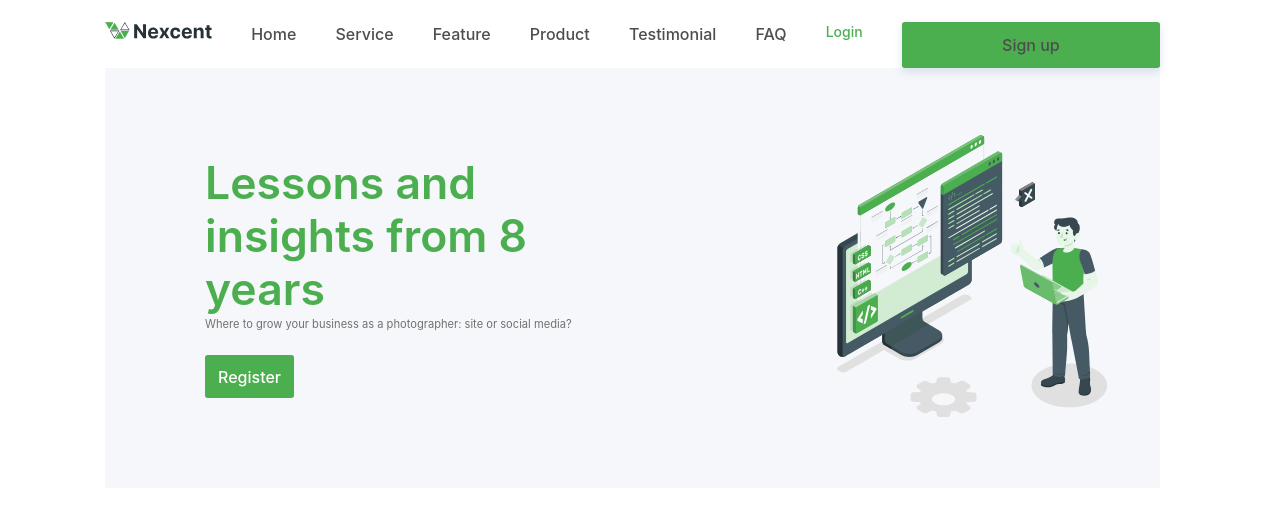
Repository: kubrazamanova/Folder4
Page: homePage/index.html
The author's editor kept a copy of each file at every save. The page is drawn from the files as they stood at one save, then again after the next save.
The browser window is 1280 px wide. The pictures show the whole page.

Above is the page before, as saved 2023-11-11 11:28:05.

### homePage/index.html
<!DOCTYPE html>
<html lang="en">
  <head>
    <meta charset="UTF-8" />
    <meta name="viewport" content="width=device-width, initial-scale=1.0" />
    <link rel="stylesheet" href="index.css" />
    <title>Document</title>
  </head>
  <body>

    <div class="container">
      <!-- <div class="logo">
    <div class="box1">
        <svg xmlns="http://www.w3.org/2000/svg" width="25" height="17" viewBox="0 0 25 17" fill="none">
            <path d="M13.3106 9.17145L9.55812 15.5982L5.80569 9.17145H13.3106ZM14.3159 8.59705H4.79636L9.55812 16.7349L14.3159 8.59705Z" fill="#263238"/>
            <path d="M19.8347 1.17808L23.5871 7.60481H16.0822L19.8347 1.17808ZM19.8347 0.0292969L15.0729 8.16715H24.5965L19.8347 0.0292969Z" fill="#263238"/>
            <path d="M0.234009 0.0292969L4.2266 7.22725L8.58952 0.210039L0.234009 0.0292969Z" fill="#4CAF4F"/>
            <path d="M9.55825 0.659912L13.7462 7.8177H5.36218L9.55825 0.659912Z" fill="#4CAF4F"/>
            <path d="M14.8247 9.38037L19.0167 16.735H10.4332L14.6944 9.38037H14.8247Z" fill="#4CAF4F"/>
            <path d="M15.7322 8.93445L19.8347 16.1766L23.9941 8.93445H15.7322Z" fill="#4CAF4F"/>
          </svg>
          <svg xmlns="http://www.w3.org/2000/svg" width="78" height="15" viewBox="0 0 78 15" fill="none">
            <path d="M12.0209 0.19104V14.3655H9.43242L3.26568 5.44419H3.16186V14.3655H0.165009V0.19104H2.79504L8.91334 9.10548H9.03792V0.19104H12.0209Z" fill="#263238"/>
            <path d="M19.2864 14.5732C18.1929 14.5732 17.2516 14.3517 16.4626 13.9087C15.6782 13.4612 15.0737 12.8291 14.6492 12.0124C14.2247 11.191 14.0125 10.2198 14.0125 9.09855C14.0125 8.00501 14.2247 7.04528 14.6492 6.21936C15.0737 5.39343 15.6713 4.74977 16.4418 4.28836C17.217 3.82695 18.126 3.59624 19.1687 3.59624C19.8701 3.59624 20.523 3.70929 21.1274 3.93538C21.7365 4.15686 22.2671 4.49138 22.7193 4.93895C23.1761 5.38651 23.5314 5.94943 23.7851 6.62771C24.0389 7.30136 24.1658 8.09037 24.1658 8.99474V9.80451H15.1891V7.97733H21.3904C21.3904 7.55283 21.2982 7.17678 21.1136 6.84918C20.929 6.52158 20.6729 6.2655 20.3453 6.08094C20.0224 5.89176 19.6463 5.79717 19.2172 5.79717C18.7696 5.79717 18.3728 5.90098 18.0268 6.10862C17.6853 6.31164 17.4177 6.58618 17.2239 6.93224C17.0301 7.27368 16.9309 7.65434 16.9263 8.07422V9.81143C16.9263 10.3374 17.0232 10.7919 17.217 11.1749C17.4154 11.5579 17.6945 11.8532 18.0544 12.0608C18.4143 12.2684 18.8411 12.3723 19.3349 12.3723C19.6625 12.3723 19.9624 12.3261 20.2346 12.2338C20.5068 12.1416 20.7398 12.0031 20.9336 11.8186C21.1274 11.634 21.2751 11.4079 21.3766 11.1403L24.1035 11.3202C23.9651 11.9754 23.6813 12.5476 23.2522 13.0367C22.8277 13.5212 22.2786 13.8995 21.605 14.1718C20.9359 14.4394 20.1631 14.5732 19.2864 14.5732Z" fill="#263238"/>
            <path d="M28.3635 3.73467L30.3152 7.45132L32.3155 3.73467H35.34L32.2601 9.05011L35.4231 14.3655H32.4124L30.3152 10.6904L28.2527 14.3655H25.2074L28.3635 9.05011L25.3182 3.73467H28.3635Z" fill="#263238"/>
            <path d="M41.5137 14.5732C40.4247 14.5732 39.4881 14.3425 38.7037 13.8811C37.9239 13.415 37.3241 12.7691 36.9042 11.9431C36.4889 11.1172 36.2813 10.1667 36.2813 9.09163C36.2813 8.00271 36.4912 7.04759 36.9111 6.22628C37.3356 5.40036 37.9377 4.75669 38.7175 4.29528C39.4973 3.82926 40.4247 3.59624 41.4998 3.59624C42.4273 3.59624 43.2393 3.76466 43.9361 4.10149C44.6328 4.43832 45.1842 4.91126 45.5902 5.52032C45.9963 6.12938 46.22 6.84457 46.2616 7.66588H43.4793C43.4008 7.13526 43.1932 6.70845 42.8564 6.38547C42.5241 6.05786 42.0881 5.89406 41.5483 5.89406C41.0915 5.89406 40.6924 6.01864 40.3509 6.26781C40.0141 6.51235 39.7511 6.86995 39.5619 7.34058C39.3727 7.81122 39.2781 8.38106 39.2781 9.05011C39.2781 9.72838 39.3704 10.3051 39.555 10.7804C39.7442 11.2556 40.0095 11.6179 40.3509 11.867C40.6924 12.1162 41.0915 12.2408 41.5483 12.2408C41.8851 12.2408 42.1873 12.1715 42.4549 12.0331C42.7272 11.8947 42.951 11.694 43.1263 11.431C43.3062 11.1634 43.4239 10.8427 43.4793 10.4689H46.2616C46.2154 11.281 45.9939 11.9962 45.5971 12.6145C45.2049 13.2282 44.6628 13.708 43.9707 14.0541C43.2786 14.4002 42.4596 14.5732 41.5137 14.5732Z" fill="#263238"/>
            <path d="M52.9941 14.5732C51.9006 14.5732 50.9593 14.3517 50.1703 13.9087C49.3859 13.4612 48.7814 12.8291 48.3569 12.0124C47.9324 11.191 47.7202 10.2198 47.7202 9.09855C47.7202 8.00501 47.9324 7.04528 48.3569 6.21936C48.7814 5.39343 49.379 4.74977 50.1495 4.28836C50.9247 3.82695 51.8337 3.59624 52.8764 3.59624C53.5778 3.59624 54.2307 3.70929 54.8351 3.93538C55.4442 4.15686 55.9748 4.49138 56.427 4.93895C56.8838 5.38651 57.2391 5.94943 57.4929 6.62771C57.7466 7.30136 57.8735 8.09037 57.8735 8.99474V9.80451H48.8968V7.97733H55.0981C55.0981 7.55283 55.0059 7.17678 54.8213 6.84918C54.6367 6.52158 54.3806 6.2655 54.053 6.08094C53.7301 5.89176 53.354 5.79717 52.9249 5.79717C52.4773 5.79717 52.0805 5.90098 51.7345 6.10862C51.393 6.31164 51.1254 6.58618 50.9316 6.93224C50.7378 7.27368 50.6386 7.65434 50.634 8.07422V9.81143C50.634 10.3374 50.7309 10.7919 50.9247 11.1749C51.1231 11.5579 51.4022 11.8532 51.7621 12.0608C52.122 12.2684 52.5488 12.3723 53.0426 12.3723C53.3702 12.3723 53.6701 12.3261 53.9423 12.2338C54.2145 12.1416 54.4475 12.0031 54.6413 11.8186C54.8351 11.634 54.9828 11.4079 55.0843 11.1403L57.8112 11.3202C57.6728 11.9754 57.389 12.5476 56.9599 13.0367C56.5354 13.5212 55.9864 13.8995 55.3127 14.1718C54.6437 14.4394 53.8708 14.5732 52.9941 14.5732Z" fill="#263238"/>
            <path d="M62.746 8.21957V14.3655H59.7976V3.73467H62.6076V5.6103H62.7322C62.9675 4.99201 63.362 4.50291 63.9157 4.14301C64.4694 3.7785 65.1407 3.59624 65.9297 3.59624C66.668 3.59624 67.3117 3.75774 67.8607 4.08072C68.4098 4.40371 68.8366 4.86512 69.1411 5.46495C69.4457 6.06017 69.5979 6.77074 69.5979 7.59667V14.3655H66.6495V8.12267C66.6541 7.47209 66.488 6.96453 66.1512 6.60002C65.8144 6.23089 65.3507 6.04633 64.7601 6.04633C64.3632 6.04633 64.0126 6.13169 63.708 6.30241C63.4081 6.47313 63.1728 6.72229 63.0021 7.0499C62.836 7.37288 62.7506 7.76277 62.746 8.21957Z" fill="#263238"/>
            <path d="M77.5763 3.73467V5.94943H71.1742V3.73467H77.5763ZM72.6277 1.18769H75.5761V11.0988C75.5761 11.371 75.6176 11.5832 75.7007 11.7355C75.7837 11.8832 75.8991 11.987 76.0467 12.047C76.199 12.1069 76.3743 12.1369 76.5727 12.1369C76.7111 12.1369 76.8496 12.1254 76.988 12.1023C77.1264 12.0746 77.2325 12.0539 77.3064 12.04L77.7701 14.234C77.6224 14.2802 77.4148 14.3332 77.1472 14.3932C76.8796 14.4578 76.5543 14.497 76.1713 14.5109C75.4607 14.5386 74.8378 14.444 74.3026 14.2271C73.772 14.0103 73.359 13.6734 73.0637 13.2166C72.7684 12.7598 72.6231 12.1831 72.6277 11.4863V1.18769Z" fill="#263238"/>
          </svg>
    </div>
    <a href="#">Register Now</a>
</div>
    <nav>
        <ul>
<li>
    <p>Home</p>
</li>

<li>
    <p>Features</p>
</li>
<li>
    <p>Community</p>
</li>

<li>
    <p>Blog</p>
</li>

<li>
   <p>Pricing</p>
</li>

</ul>
      </nav>





    </div>

</body>
</html>  -->

      <nav>
        <ul>
          <li>
            <div class="box1">
              <svg
                xmlns="http://www.w3.org/2000/svg"
                width="25"
                height="17"
                viewBox="0 0 25 17"
                fill="none"
              >
                <path
                  d="M13.3106 9.17145L9.55812 15.5982L5.80569 9.17145H13.3106ZM14.3159 8.59705H4.79636L9.55812 16.7349L14.3159 8.59705Z"
                  fill="#263238"
                />
                <path
                  d="M19.8347 1.17808L23.5871 7.60481H16.0822L19.8347 1.17808ZM19.8347 0.0292969L15.0729 8.16715H24.5965L19.8347 0.0292969Z"
                  fill="#263238"
                />
                <path
                  d="M0.234009 0.0292969L4.2266 7.22725L8.58952 0.210039L0.234009 0.0292969Z"
                  fill="#4CAF4F"
                />
                <path
                  d="M9.55825 0.659912L13.7462 7.8177H5.36218L9.55825 0.659912Z"
                  fill="#4CAF4F"
                />
                <path
                  d="M14.8247 9.38037L19.0167 16.735H10.4332L14.6944 9.38037H14.8247Z"
                  fill="#4CAF4F"
                />
                <path
                  d="M15.7322 8.93445L19.8347 16.1766L23.9941 8.93445H15.7322Z"
                  fill="#4CAF4F"
                />
              </svg>
              <svg
                xmlns="http://www.w3.org/2000/svg"
                width="78"
                height="15"
                viewBox="0 0 78 15"
                fill="none"
              >
                <path
                  d="M12.0209 0.19104V14.3655H9.43242L3.26568 5.44419H3.16186V14.3655H0.165009V0.19104H2.79504L8.91334 9.10548H9.03792V0.19104H12.0209Z"
                  fill="#263238"
                />
                <path
                  d="M19.2864 14.5732C18.1929 14.5732 17.2516 14.3517 16.4626 13.9087C15.6782 13.4612 15.0737 12.8291 14.6492 12.0124C14.2247 11.191 14.0125 10.2198 14.0125 9.09855C14.0125 8.00501 14.2247 7.04528 14.6492 6.21936C15.0737 5.39343 15.6713 4.74977 16.4418 4.28836C17.217 3.82695 18.126 3.59624 19.1687 3.59624C19.8701 3.59624 20.523 3.70929 21.1274 3.93538C21.7365 4.15686 22.2671 4.49138 22.7193 4.93895C23.1761 5.38651 23.5314 5.94943 23.7851 6.62771C24.0389 7.30136 24.1658 8.09037 24.1658 8.99474V9.80451H15.1891V7.97733H21.3904C21.3904 7.55283 21.2982 7.17678 21.1136 6.84918C20.929 6.52158 20.6729 6.2655 20.3453 6.08094C20.0224 5.89176 19.6463 5.79717 19.2172 5.79717C18.7696 5.79717 18.3728 5.90098 18.0268 6.10862C17.6853 6.31164 17.4177 6.58618 17.2239 6.93224C17.0301 7.27368 16.9309 7.65434 16.9263 8.07422V9.81143C16.9263 10.3374 17.0232 10.7919 17.217 11.1749C17.4154 11.5579 17.6945 11.8532 18.0544 12.0608C18.4143 12.2684 18.8411 12.3723 19.3349 12.3723C19.6625 12.3723 19.9624 12.3261 20.2346 12.2338C20.5068 12.1416 20.7398 12.0031 20.9336 11.8186C21.1274 11.634 21.2751 11.4079 21.3766 11.1403L24.1035 11.3202C23.9651 11.9754 23.6813 12.5476 23.2522 13.0367C22.8277 13.5212 22.2786 13.8995 21.605 14.1718C20.9359 14.4394 20.1631 14.5732 19.2864 14.5732Z"
                  fill="#263238"
                />
                <path
                  d="M28.3635 3.73467L30.3152 7.45132L32.3155 3.73467H35.34L32.2601 9.05011L35.4231 14.3655H32.4124L30.3152 10.6904L28.2527 14.3655H25.2074L28.3635 9.05011L25.3182 3.73467H28.3635Z"
                  fill="#263238"
                />
                <path
                  d="M41.5137 14.5732C40.4247 14.5732 39.4881 14.3425 38.7037 13.8811C37.9239 13.415 37.3241 12.7691 36.9042 11.9431C36.4889 11.1172 36.2813 10.1667 36.2813 9.09163C36.2813 8.00271 36.4912 7.04759 36.9111 6.22628C37.3356 5.40036 37.9377 4.75669 38.7175 4.29528C39.4973 3.82926 40.4247 3.59624 41.4998 3.59624C42.4273 3.59624 43.2393 3.76466 43.9361 4.10149C44.6328 4.43832 45.1842 4.91126 45.5902 5.52032C45.9963 6.12938 46.22 6.84457 46.2616 7.66588H43.4793C43.4008 7.13526 43.1932 6.70845 42.8564 6.38547C42.5241 6.05786 42.0881 5.89406 41.5483 5.89406C41.0915 5.89406 40.6924 6.01864 40.3509 6.26781C40.0141 6.51235 39.7511 6.86995 39.5619 7.34058C39.3727 7.81122 39.2781 8.38106 39.2781 9.05011C39.2781 9.72838 39.3704 10.3051 39.555 10.7804C39.7442 11.2556 40.0095 11.6179 40.3509 11.867C40.6924 12.1162 41.0915 12.2408 41.5483 12.2408C41.8851 12.2408 42.1873 12.1715 42.4549 12.0331C42.7272 11.8947 42.951 11.694 43.1263 11.431C43.3062 11.1634 43.4239 10.8427 43.4793 10.4689H46.2616C46.2154 11.281 45.9939 11.9962 45.5971 12.6145C45.2049 13.2282 44.6628 13.708 43.9707 14.0541C43.2786 14.4002 42.4596 14.5732 41.5137 14.5732Z"
                  fill="#263238"
                />
                <path
                  d="M52.9941 14.5732C51.9006 14.5732 50.9593 14.3517 50.1703 13.9087C49.3859 13.4612 48.7814 12.8291 48.3569 12.0124C47.9324 11.191 47.7202 10.2198 47.7202 9.09855C47.7202 8.00501 47.9324 7.04528 48.3569 6.21936C48.7814 5.39343 49.379 4.74977 50.1495 4.28836C50.9247 3.82695 51.8337 3.59624 52.8764 3.59624C53.5778 3.59624 54.2307 3.70929 54.8351 3.93538C55.4442 4.15686 55.9748 4.49138 56.427 4.93895C56.8838 5.38651 57.2391 5.94943 57.4929 6.62771C57.7466 7.30136 57.8735 8.09037 57.8735 8.99474V9.80451H48.8968V7.97733H55.0981C55.0981 7.55283 55.0059 7.17678 54.8213 6.84918C54.6367 6.52158 54.3806 6.2655 54.053 6.08094C53.7301 5.89176 53.354 5.79717 52.9249 5.79717C52.4773 5.79717 52.0805 5.90098 51.7345 6.10862C51.393 6.31164 51.1254 6.58618 50.9316 6.93224C50.7378 7.27368 50.6386 7.65434 50.634 8.07422V9.81143C50.634 10.3374 50.7309 10.7919 50.9247 11.1749C51.1231 11.5579 51.4022 11.8532 51.7621 12.0608C52.122 12.2684 52.5488 12.3723 53.0426 12.3723C53.3702 12.3723 53.6701 12.3261 53.9423 12.2338C54.2145 12.1416 54.4475 12.0031 54.6413 11.8186C54.8351 11.634 54.9828 11.4079 55.0843 11.1403L57.8112 11.3202C57.6728 11.9754 57.389 12.5476 56.9599 13.0367C56.5354 13.5212 55.9864 13.8995 55.3127 14.1718C54.6437 14.4394 53.8708 14.5732 52.9941 14.5732Z"
                  fill="#263238"
                />
                <path
                  d="M62.746 8.21957V14.3655H59.7976V3.73467H62.6076V5.6103H62.7322C62.9675 4.99201 63.362 4.50291 63.9157 4.14301C64.4694 3.7785 65.1407 3.59624 65.9297 3.59624C66.668 3.59624 67.3117 3.75774 67.8607 4.08072C68.4098 4.40371 68.8366 4.86512 69.1411 5.46495C69.4457 6.06017 69.5979 6.77074 69.5979 7.59667V14.3655H66.6495V8.12267C66.6541 7.47209 66.488 6.96453 66.1512 6.60002C65.8144 6.23089 65.3507 6.04633 64.7601 6.04633C64.3632 6.04633 64.0126 6.13169 63.708 6.30241C63.4081 6.47313 63.1728 6.72229 63.0021 7.0499C62.836 7.37288 62.7506 7.76277 62.746 8.21957Z"
                  fill="#263238"
                />
                <path
                  d="M77.5763 3.73467V5.94943H71.1742V3.73467H77.5763ZM72.6277 1.18769H75.5761V11.0988C75.5761 11.371 75.6176 11.5832 75.7007 11.7355C75.7837 11.8832 75.8991 11.987 76.0467 12.047C76.199 12.1069 76.3743 12.1369 76.5727 12.1369C76.7111 12.1369 76.8496 12.1254 76.988 12.1023C77.1264 12.0746 77.2325 12.0539 77.3064 12.04L77.7701 14.234C77.6224 14.2802 77.4148 14.3332 77.1472 14.3932C76.8796 14.4578 76.5543 14.497 76.1713 14.5109C75.4607 14.5386 74.8378 14.444 74.3026 14.2271C73.772 14.0103 73.359 13.6734 73.0637 13.2166C72.7684 12.7598 72.6231 12.1831 72.6277 11.4863V1.18769Z"
                  fill="#263238"
                />
              </svg>
            </div>
          </li>
          <li>
            <a href="#">Home</a>
          </li>

          <li>
            <a href="#">Service</a>
          </li>
          <li>
            <a href="#">Feature</a>
          </li>

          <li>
            <a href="#">Product</a>
          </li>

          <li>
            <a href="#">Testimonial</a>
          </li>

          <li>
            <a href="#">FAQ</a>
          </li>

          <li>
            <a href="#">Login</a>
          </li>

          <li>
            <a href="#">Sign up</a>
          </li>
        </ul>
      </nav>

      <div class="box2">
        <div class="left-side">
          <h1>Lessons and insights from 8 years</h1>
          <h2>
            Where to grow your business as a photographer: site or social media?
          </h2>
          <a href="#">Register</a>
        </div>

        <div class="right-side">
          <img src="../images/Illustration.svg" alt="" />
        </div>
      </div>
    </div>
  </body>
</html>

### homePage/index.css
* {
  margin: 0;
  padding: 0;
  box-sizing: border-box;
}

.container {
  min-height: 100vh;
  padding: 22px 120px 96px 105px;
}

.container nav ul {
  display: flex;
  justify-content: space-between;
}

.container nav ul li {
  list-style-type: none;
}

.container nav ul li a {
  color: var(--neutral-d-grey, #4d4d4d);
  text-align: center;
  font-family: Inter;
  font-size: 16px;
  font-style: normal;
  font-weight: 500;
  line-height: 24px;
  text-decoration: none;
}

.container nav ul li:last-child {
  text-decoration: none;
  color: var(--neutral-white, #fff);
  text-align: center;
  font-family: Inter;
  font-size: 16px;
  font-style: normal;
  font-weight: 500;
  line-height: 24px;
  display: flex;
  /* width: 133px; */
  padding: 11.137px 100.234px;
  justify-content: center;
  align-items: center;
  gap: 43.852px;
  background: var(--neutral-white, #fff);
  box-shadow: 0px 4px 8px 0px rgba(171, 190, 209, 0.4);
  border-radius: 2.784px;
  background: var(--brand-primary, #4caf4f);
}

.container nav ul li:nth-child(8) a {
  color: var(--brand-primary, #4caf4f);
  text-align: center;
  font-feature-settings: "salt" on, "clig" off, "liga" off;
  font-family: Inter;
  font-size: 14px;
  font-style: normal;
  font-weight: 500;
  line-height: 20px;
}

.container .box2 {
  display: flex;
  justify-content: space-between;
  align-items: center;
  padding: 66px 52px 66px 100px;
  background: var(--neutral-silver, #f5f7fa);
}

.container .box2 .left-side h1 {
  width: 450px;
  /* display: block;
    margin-top: 111px; */
  color: var(--neutral-d-grey, #4d4d4d);
  font-family: Inter;
  font-size: 44.548px;
  font-style: normal;
  font-weight: 600;
  line-height: 52.901px;
  color: var(--brand-primary, #4caf4f);
  font-family: Inter;
  font-size: 44.548px;
  font-style: normal;
  font-weight: 600;
  line-height: 52.901px;
  align-self: stretch;
}

.container .box2 .left-side h2 {
  /* display: flex;
     margin-bottom: 120px; */
  color: var(--neutral-grey, #717171);
  font-family: Inter;
  font-size: 11.137px;
  font-style: normal;
  font-weight: 400;
  line-height: 16.706px;
  margin-bottom: 22px;
}

.container .box2 .left-side a {
  width: 89px;
  text-decoration: none;
  color: var(--neutral-white, #fff);
  text-align: center;
  font-family: Inter;
  font-size: 16px;
  font-style: normal;
  font-weight: 500;
  line-height: 24px;
  display: flex;
  padding: 9.745px 22.274px;
  justify-content: center;
  align-items: center;
  gap: 6.961px;
  border-radius: 2.784px;
  background: var(--brand-primary, #4caf4f);
}

.container .box2 .right-side img {
  width: 272.163px;
  height: 283.3px;
}

After the next save:
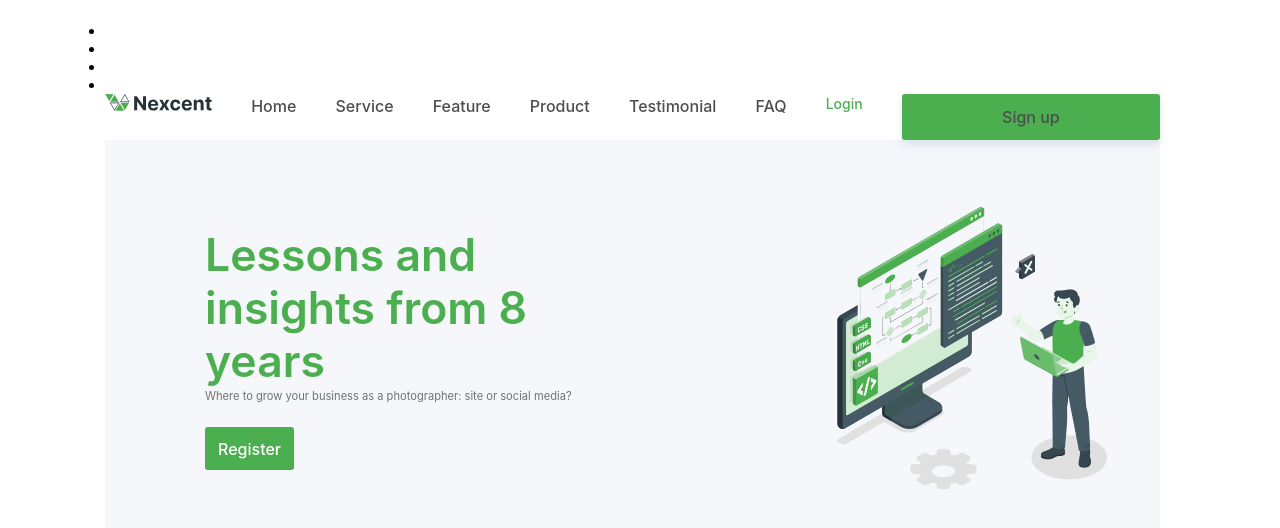
Saved 26 s later.
--- a/homePage/index.html
+++ b/homePage/index.html
@@ -63,7 +63,20 @@
 
 </body>
 </html>  -->
-
+<ul>
+    <li>
+      <a href="../homePage/index.html"></a>
+    </li>
+    <li>
+      <a href="../servicePage/index.html"></a>
+    </li>
+    <li>
+      <a href=""></a>
+    </li>
+    <li>
+      <a href=""></a>
+    </li>
+  </ul>
       <nav>
         <ul>
           <li>

After the save that followed:
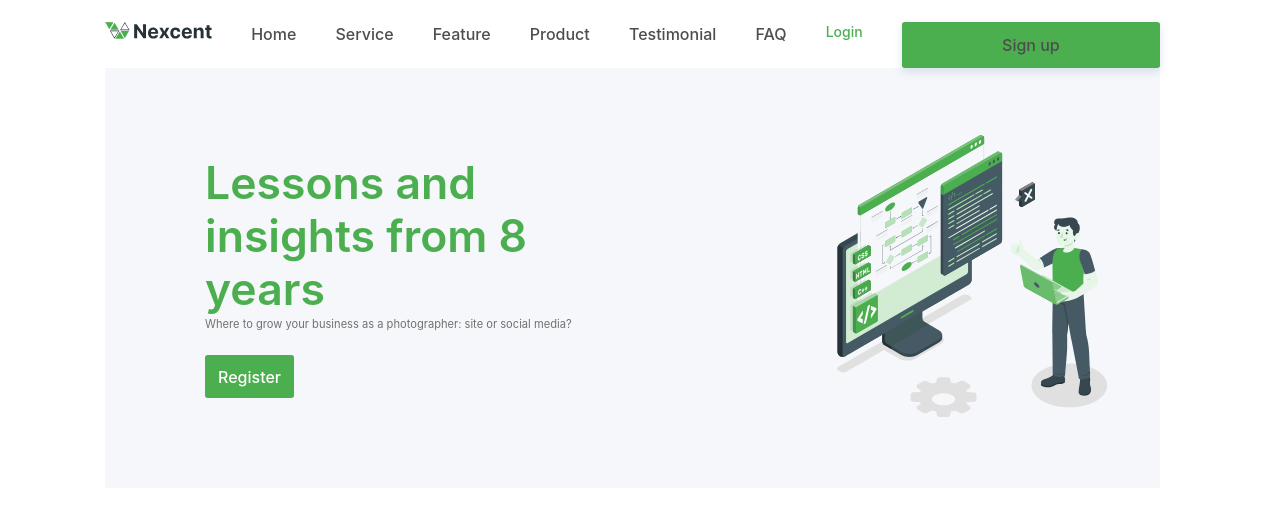
Saved 61 s later.
--- a/homePage/index.html
+++ b/homePage/index.html
@@ -63,20 +63,7 @@
 
 </body>
 </html>  -->
-<ul>
-    <li>
-      <a href="../homePage/index.html"></a>
-    </li>
-    <li>
-      <a href="../servicePage/index.html"></a>
-    </li>
-    <li>
-      <a href=""></a>
-    </li>
-    <li>
-      <a href=""></a>
-    </li>
-  </ul>
+
       <nav>
         <ul>
           <li>
